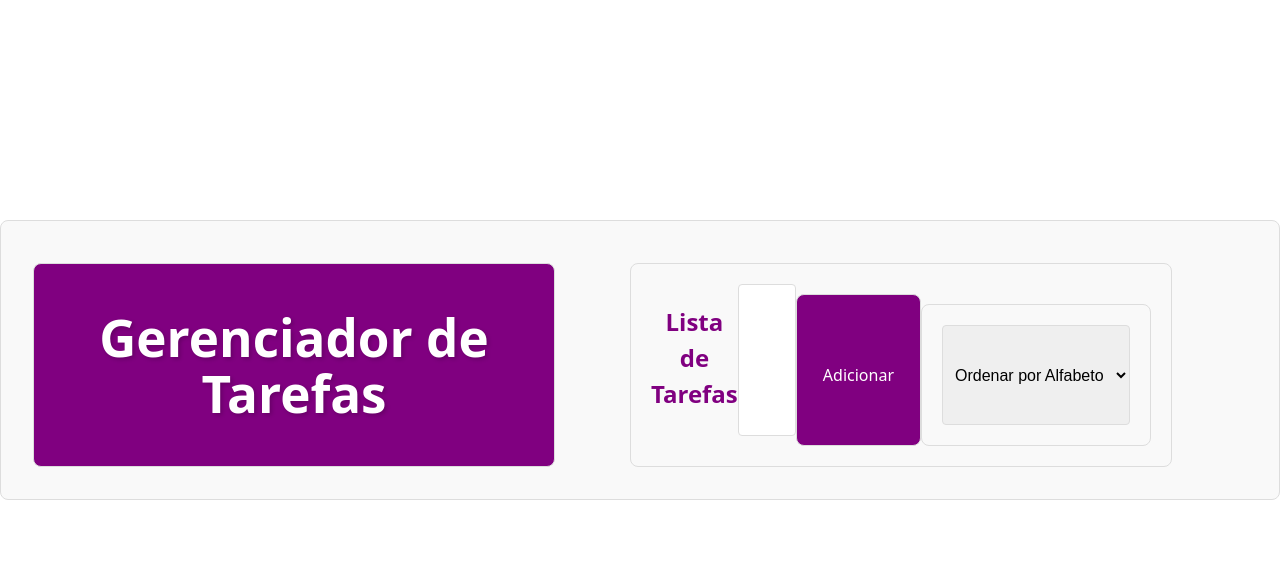
Repository: matheusarrabal12/todo
Page: /
These files come from the project's save history. The page is drawn as it stood at one moment and after the next save; the edit follows.
The browser window is 1280 px wide. The pictures show the whole page.
The project was rebuilt for these pictures with package versions that can differ from the ones it lists, and the page was loaded fresh each time. Also part of the build but not shown: vite.config.js.

Above is the page before, as saved 2025-04-04 10:57:43.

After the next save:
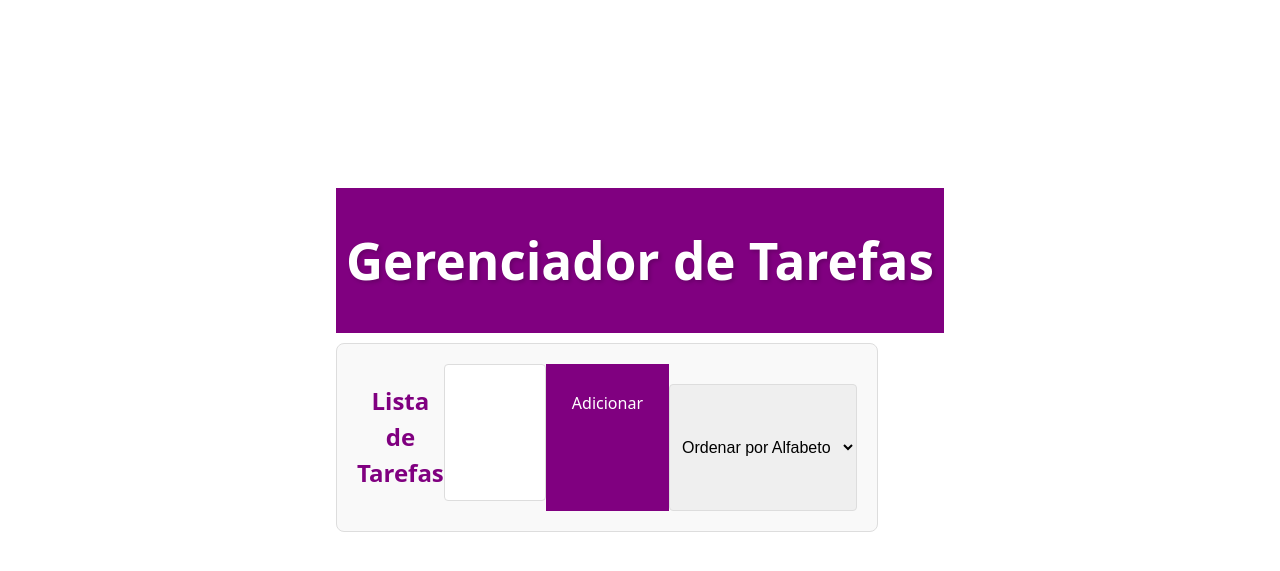
Saved 21 s later.
--- a/src/components/ListaTarefas.css
+++ b/src/components/ListaTarefas.css
@@ -10,7 +10,7 @@
     text-shadow: 2px 2px 4px rgba(0, 0, 0, 0.2);
   }
 
-  div {
+  .div {
     width: 100%;
     max-width: 500px;
     margin-top: 10px;

After the save that followed:
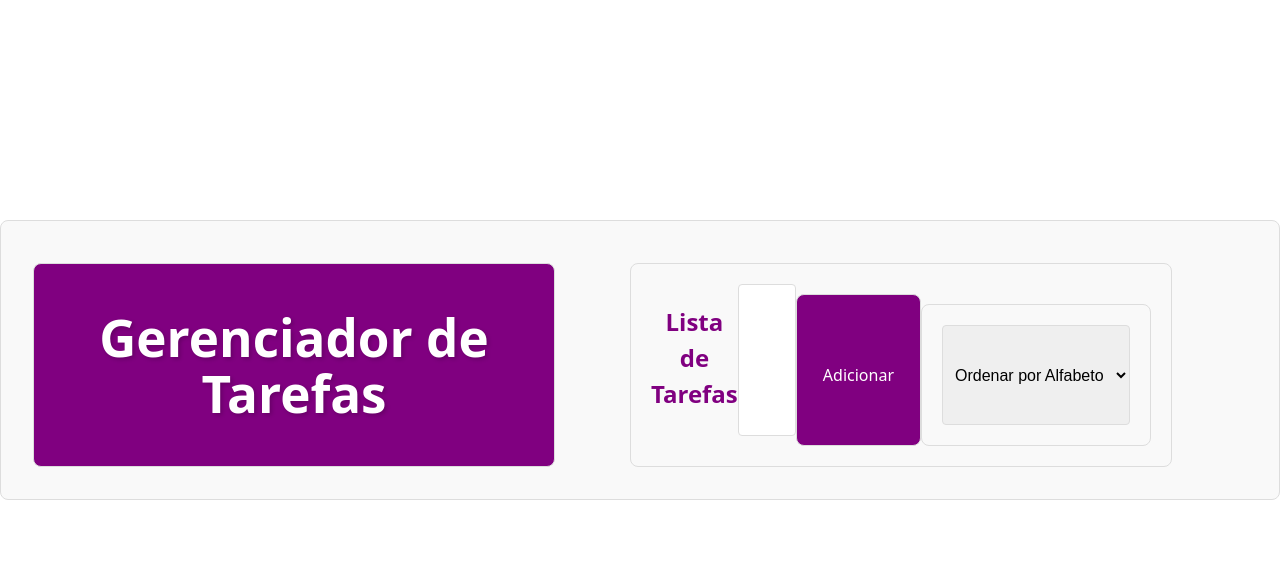
Saved 12 s later.
--- a/src/components/ListaTarefas.css
+++ b/src/components/ListaTarefas.css
@@ -10,7 +10,7 @@
     text-shadow: 2px 2px 4px rgba(0, 0, 0, 0.2);
   }
 
-  .div {
+  div {
     width: 100%;
     max-width: 500px;
     margin-top: 10px;
